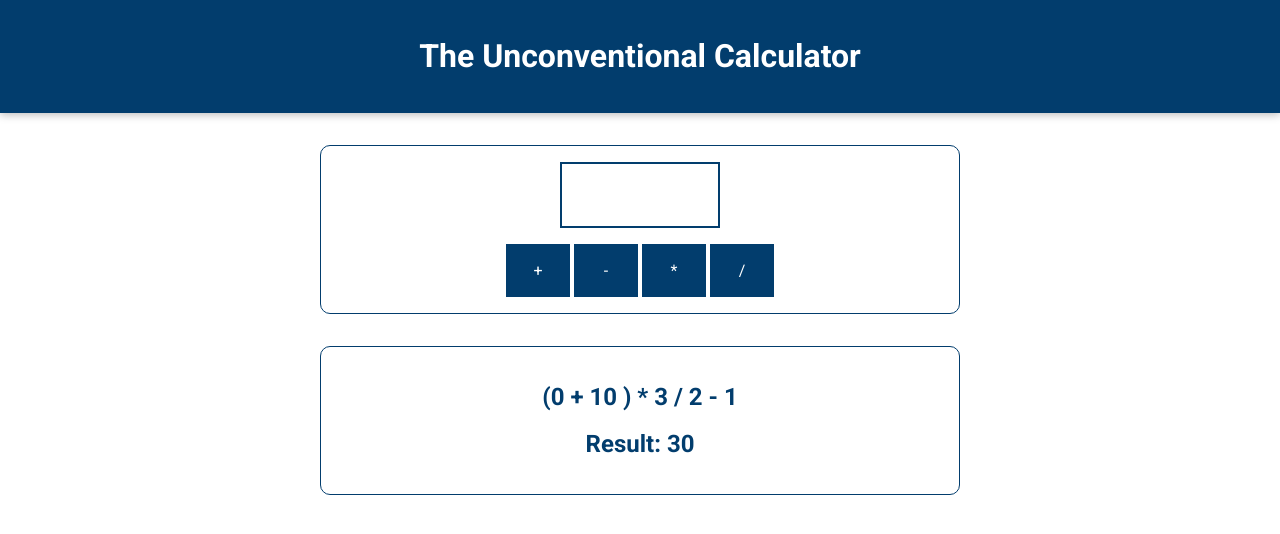
Repository: rafal-bedkowski/JSFundamentalCourse
Page: index.html
An editor plug-in stored every save of this project. The page is shown before and after the next save, followed by the edit.
The browser window is 1280 px wide. The pictures show the whole page.

Above is the page before, as saved 2022-09-06 14:00:32.

After the next save:
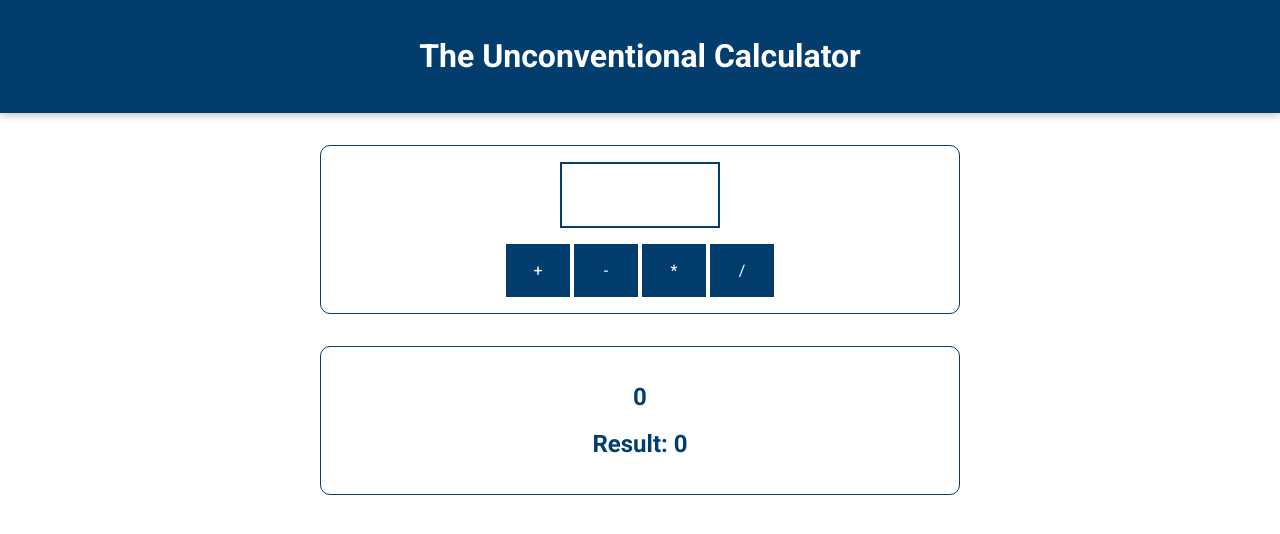
Saved 14 s later.
--- a/assets/scripts/app.js
+++ b/assets/scripts/app.js
@@ -10,6 +10,4 @@
 
 let calculateDescription = `(${defaultResult} + 10 ) * 3 / 2 - 1 `;
 
-outputResult(currentResult, calculateDescription);
-
 const additionResult = addition(10, 20); //here the result of a func is stored in a additionResult variable

After the save that followed:
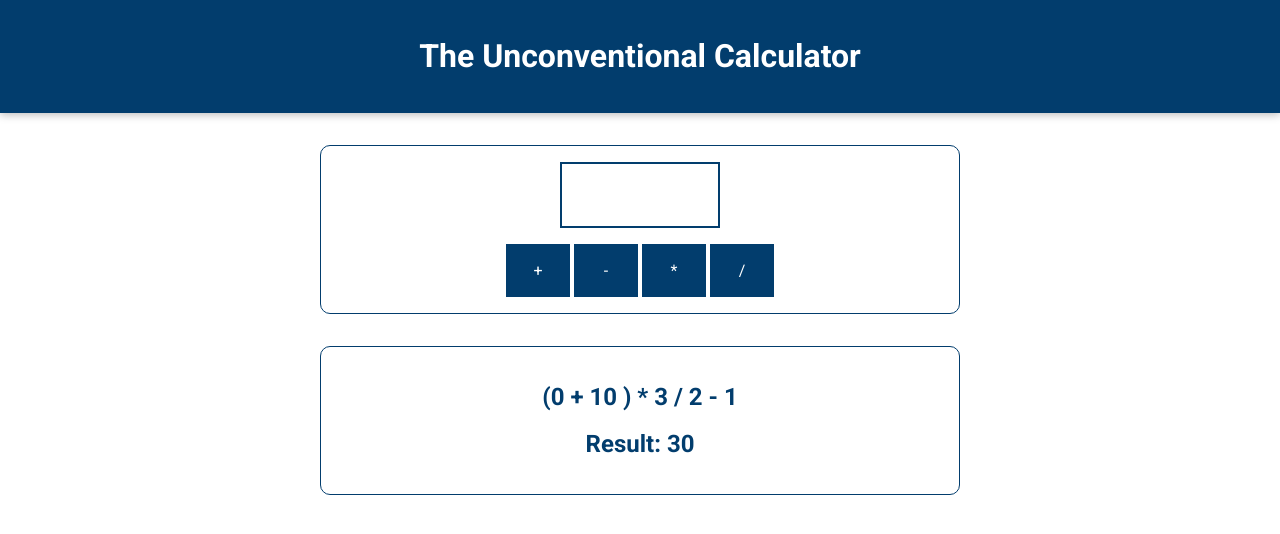
Saved 10 s later.
--- a/assets/scripts/app.js
+++ b/assets/scripts/app.js
@@ -10,4 +10,6 @@
 
 let calculateDescription = `(${defaultResult} + 10 ) * 3 / 2 - 1 `;
 
+outputResult(currentResult, calculateDescription);
+
 const additionResult = addition(10, 20); //here the result of a func is stored in a additionResult variable
